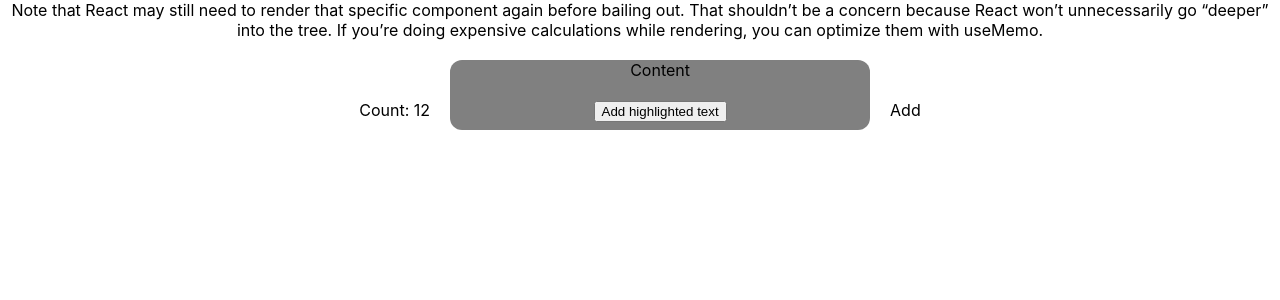
Repository: Farbod29/React-text-highlighter-with-hook-
Page: /
These files come from the project's save history. The page is drawn as it stood at one moment and after the next save; the edit follows.
The browser window is 1280 px wide. The pictures show the whole page.
The project was rebuilt for these pictures with package versions that can differ from the ones it lists, and the page was loaded fresh each time.

Above is the page before, as saved 2022-02-18 21:14:49.

### src/App.js
import './App.css';
import Highlighter from './highlighter';
function App() {
  return (
    <div className="App">
      <Highlighter />
    </div>
  );
}

export default App;

### src/highlighter.js
import React, { useEffect, useState } from 'react';

export default function Highlighter() {
  let doit = () => {
    document.onmouseup = () => {
      console.log(window.getSelection().toString());
    };
  };
  const [count, setCount] = useState(12);
  return (
    <>
      <div>
        {' '}
        Note that React may still need to render that specific component again
        before bailing out. That shouldn’t be a concern because React won’t
        unnecessarily go “deeper” into the tree. If you’re doing expensive
        calculations while rendering, you can optimize them with useMemo.
      </div>
      Count: {count}
      {/* <button onClick={() => setCount((prevCount) => prevCount - 1)}>-</button> */}
      <div
        style={{
          padding: '0px 10px',
          height: '70px',
          width: '400px',
          margin: '20px',
          borderRadius: '12px',
          backgroundColor: 'gray',
          inline: true,
          fontColor: 'red',
          display: 'inline-block',
        }}
      >
        Content
        <div style={{ marginTop: '20px' }}>
          <button onClick={() => setCount(12)}> Add highlighted text </button>
        </div>
      </div>
      Add {doit()}
    </>
  );
}

Loaded but not shown: public/index.html (common file); src/index.js (common file); src/index.css (common file); src/reportWebVitals.js (common file); src/App.css (common file)

After the next save:
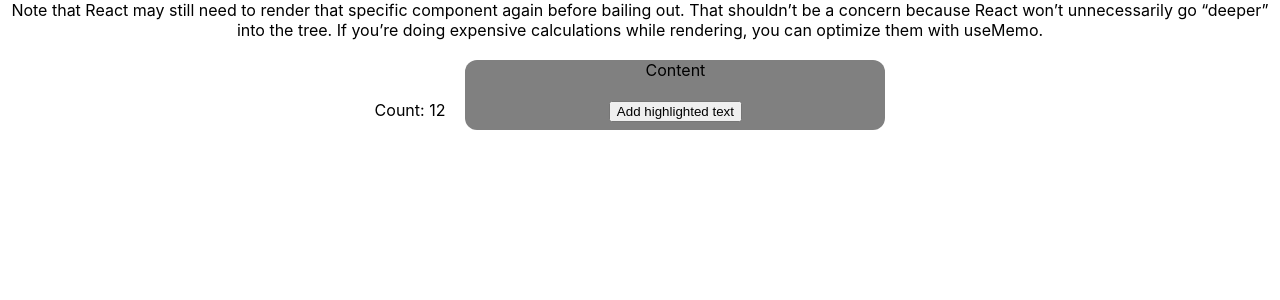
Saved 2 min 8 s later.
--- a/src/highlighter.js
+++ b/src/highlighter.js
@@ -36,7 +36,7 @@ export default function Highlighter() {
           <button onClick={() => setCount(12)}> Add highlighted text </button>
         </div>
       </div>
-      Add {doit()}
+      {doit()}
     </>
   );
 }
